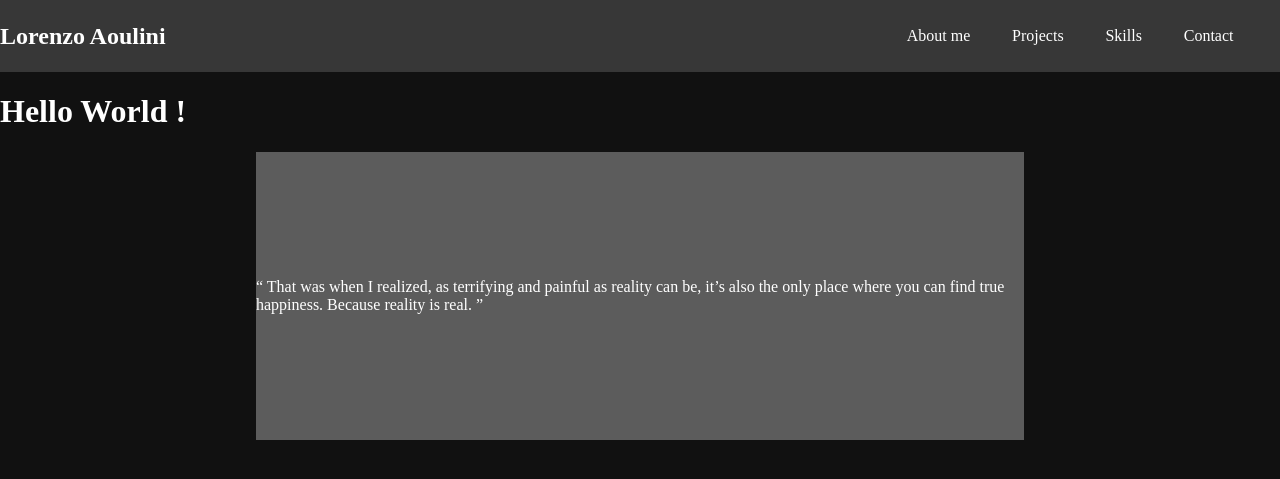
Repository: lolo298/lolo298.github.io
Page: index.html
These files come from the project's save history. The page is drawn as it stood at one moment and after the next save; the edit follows.
The browser window is 1280 px wide. The pictures show the whole page.

Above is the page before, as saved 2022-05-10 13:19:14.

### index.html
<!DOCTYPE html>
<html lang="en">

<head>
    <meta charset="UTF-8">
    <meta http-equiv="X-UA-Compatible" content="IE=edge">
    <meta name="viewport" content="width=device-width, initial-scale=1.0">
    <link rel="stylesheet" href="css/style.css">
    <script src="js/functions.js"></script>
    <title>Portfolio</title>
</head>

<body>
    <div class="main-container">
        <nav class="main-navbar">
            <h1>Lorenzo Aoulini</h1>
            <div class="main-navbar-list">
                <a class="main-navbar-item" href="#">
                    <div>Contact</div>
                </a>
                <a class="main-navbar-item" href="#">
                    <div>Skills</div>
                </a>
                <a class="main-navbar-item" href="#">
                    <div>Projects</div>
                </a>
                <a class="main-navbar-item" href="#">
                    <div>About me</div>
                </a>
            </div>

        </nav>
        <h1>Hello World !</h1>
        <div class="quote-container">
            <div class="quote-text">
                <q>
                    That was when I realized, as terrifying and painful as reality can be, it’s also the only place where you can find true happiness. Because reality is real.
                </q>
            </div>
        </div>

    </div>

</body>

</html>

### css/style.css
html {
    background-color: #111111;
}

body {
    padding: 0;
    margin: 0;
    width: 100vw;
    height: 100vh;
}


/* styling of navbar */

.main-container {
    color: white;
    height: 100%;
    width: 100%;
}

.main-navbar {
    background-color: #373737;
    height: 10%;
    width: 100%;
    display: flex;
    justify-content: space-between;
    align-items: center;
}

.main-navbar>* {
    margin: 0;
}

.main-navbar>h1 {
    width: 20%;
}

.main-navbar-list {
    width: 100%;
    display: flex;
    flex-direction: row-reverse;
    align-items: center;
    list-style: none;
    margin-right: 2%;
    height: 100%;
}

.main-navbar-item {
    display: flex;
    align-items: center;
    justify-content: center;
    text-decoration: none;
    color: white;
    width: max-content;
    height: 100%;
    padding: 0% 2% 0% 2%;
}

.main-navbar-item:hover {
    background-color: #6A6A6A;
}

.main-navbar-item>div {
    width: max-content;
}


/* styling of quote */

.quote-container {
    width: 60%;
    height: 40%;
    margin: 0 auto;
    display: flex;
    justify-content: center;
    align-items: center;
    flex-direction: column;
    background-color: rgba(196, 196, 196, 0.42);
}

Loaded but not shown: js/functions.js (no copy from this time; the picture is the same without it)

After the next save:
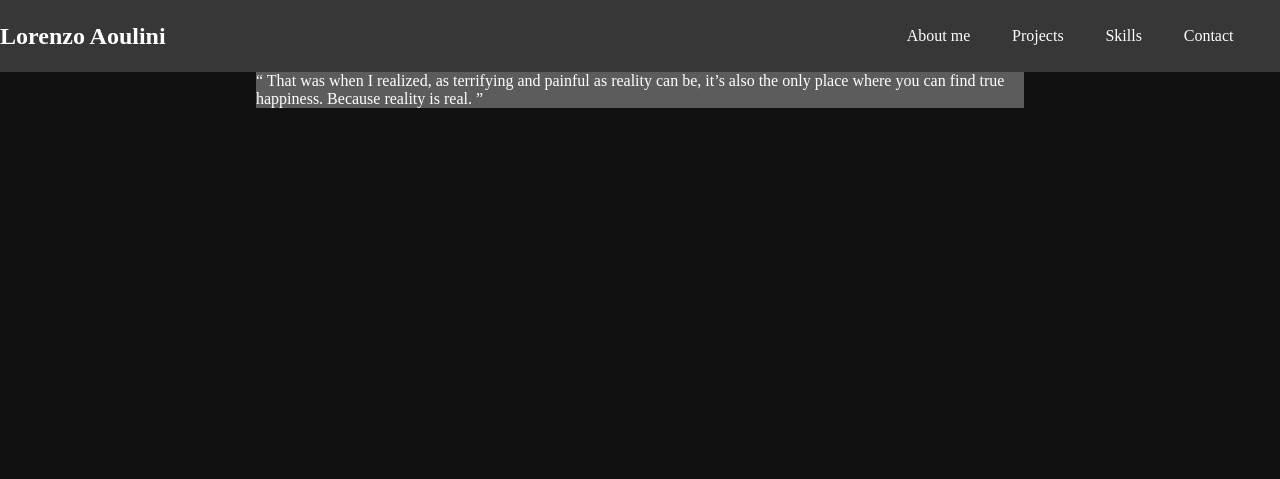
Saved 108 s later.
--- a/index.html
+++ b/index.html
@@ -30,14 +30,16 @@
             </div>
 
         </nav>
-        <h1>Hello World !</h1>
-        <div class="quote-container">
-            <div class="quote-text">
-                <q>
+        <div class="landing">
+            <div class="quote-container">
+                <div class="quote-text">
+                    <q>
                     That was when I realized, as terrifying and painful as reality can be, it’s also the only place where you can find true happiness. Because reality is real.
                 </q>
+                </div>
             </div>
         </div>
+
 
     </div>
 
